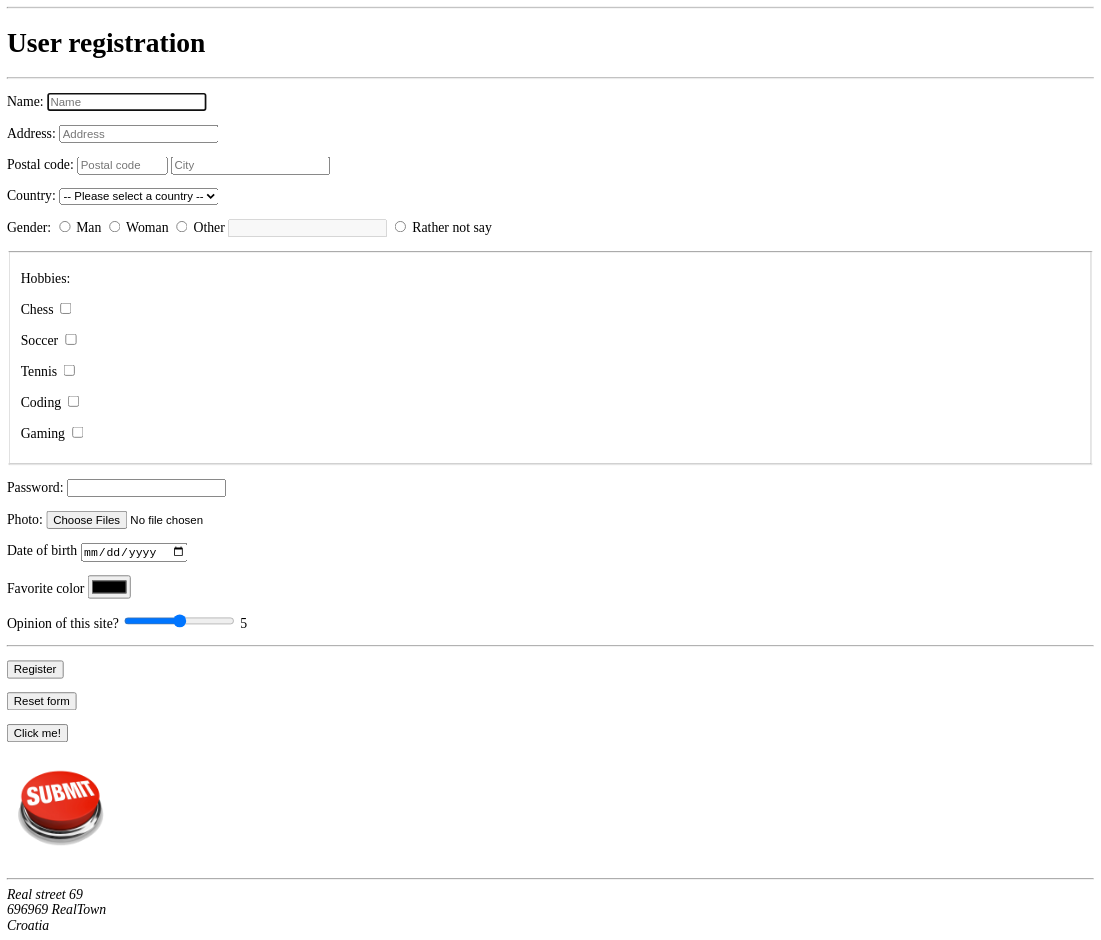
Repository: Filip-Husic/AW_frontend
Page: ex3Forms.html
These files come from the project's save history. The page is drawn as it stood at one moment and after the next save; the edit follows.
The browser window is 1280 px wide. The pictures show the whole page, at 86% of full size.

Above is the page before, as saved 2022-11-23 14:51:36.

### ex3Forms.html
<!DOCTYPE html>
<html lang="en">

<head>
    <meta charset="UTF-8">
    <meta http-equiv="X-UA-Compatible" content="IE=edge">
    <meta name="viewport" content="width=device-width, initial-scale=1.0">
    <title>HTML - Forms</title>
</head>

<body>
    <hr>
    <h1>User registration</h1>
    <hr>
    <form id="formRegister" action="process.php" enctype="multipart/form-data">
        <p>
            <label for="name">Name:</label>
            <input type="text" id="name" name="name" maxlength="80" placeholder="Name" required autofocus pattern="[A-Za-z ]{3,}">
        </p>
        <p>
            <label for="address">Address:</label>
            <input type="text" id="address" name="address" maxlength="80" placeholder="Address" required>
        </p>
        <p>
            <label for="pc">Postal code:</label>
            <input type="text" id="pc" name="pc" size="10" maxlength="10" placeholder="Postal code" required>
            <input type="text" id="pc_city" name="pc_city" size="20" maxlength="20" placeholder="City" required>
        </p>
        <p>
            <label for="country">Country:</label>
            <select name="country" id="country" required>
                <option value="">-- Please select a country --</option>
                <option value="hr">Croatia</option>
                <option value="pt">Portugal</option>
                <option value="sk">Slovakia</option>
                <option value="it">Italy</option>
            </select>
        </p>
        <p>
            Gender:
            <input type="radio" name="gender" id="man" value="M">
            <label for="man">Man</label>
            <input type="radio" name="gender" id="woman" value="F">
            <label for="woman">Woman</label>
            <input type="radio" name="gender" id="other" value="O">
            <label for="other">Other</label>
            <input type="text" name="gender" id="othergender" disabled>
            <input type="radio" name="gender" id="none" value="N">
            <label for="none">Rather not say</label>
        </p>
        <fieldset>
            <p>Hobbies:
            <p>
                <label for="chess">Chess</label>
                <input type="checkbox" name="hobbies" id="chess" value="chess">
            </p>
            <p>
                <label for="soccer">Soccer</label>
                <input type="checkbox" name="hobbies" id="soccer" value="soccer">
            </p>
            <p>
                <label for="tennis">Tennis</label>
                <input type="checkbox" name="hobbies" id="tennis" value="tennis">
            </p>
            <p>
                <label for="coding">Coding</label>
                <input type="checkbox" name="hobbies" id="coding" value="coding">
            </p>
            <p>
                <label for="gaming">Gaming</label>
                <input type="checkbox" name="hobbies" id="gaming" value="gaming">
            </p>
            </p>
        </fieldset>
        <p>
            <label for="password">Password:</label>
            <input type="password" id="password" name="password">
        </p>
        <p>
            <label for="photo">Photo:</label>
            <input type="file" name="photo" id="photo" multiple accept="image/png, image/jpeg">
        </p>
        <p>
            <label for="date_birth">Date of birth</label>
            <input type="date" name="date_birth" id="date_birth">
        </p>
        <p>
            <label for="color">Favorite color</label>
            <input type="color" name="color" id="color">
        </p>
        <p>
            <label for="opinion">Opinion of this site?</label>
            <input type="range" name="opinion" id="opinion" min="0" max="10" step="1" value="5" onchange="opinionValue.value=this.value">
            <output id="opinionValue">5</output>
        </p>

        <hr>
        <p>
            <button type="submit" id="btSubmit" name="btSubmit">Register</button>
        </p>
        <p>
            <input type="reset" id="btReset" name="btReset" value="Reset form"></input>
        </p>
        <p>
            <input type="button" id="btButton" name="btButton" value="Click me!"></input>
        </p>
        <p>
            <input type="image" src="img/submit.png" id="btImage" name="btImage" width="10%">
        </p>
        <hr>
    </form>
    <address>
        Real street 69 <br>
        696969 RealTown <br>
        Croatia <br>
    </address>
    <script>

        document.getElementById("other").onclick = function () {

            document.getElementById("othergender").disabled = false;

            document.getElementById("othergender").focus;

        }

        document.getElementById("man").onclick = function () {

            document.getElementById("othergender").disabled = true;

            document.getElementById("othergender").value = "";

        }

        document.getElementById("woman").onclick = function () {

            document.getElementById("othergender").disabled = true;

            document.getElementById("othergender").value = "";

        }

        document.getElementById("none").onclick = function () {

            document.getElementById("othergender").disabled = true;

            document.getElementById("othergender").value = "";

        }
        document.getElementById("btButton").onclick = function () {

            document.getElementById("formRegister").submit();
        }
    </script>
</body>

</html>

After the next save:
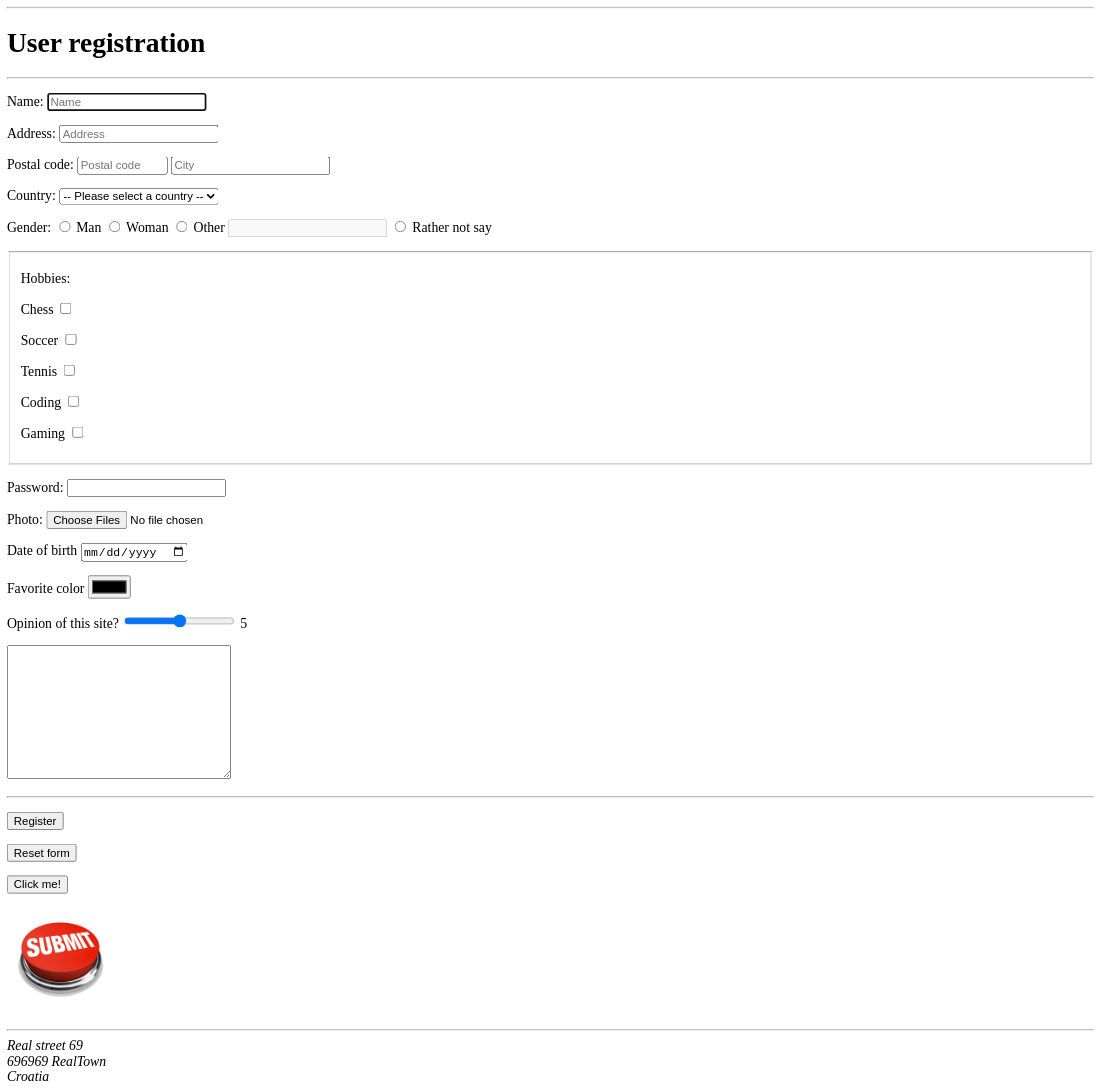
Saved 4 s later.
--- a/ex3Forms.html
+++ b/ex3Forms.html
@@ -93,7 +93,9 @@
             <input type="range" name="opinion" id="opinion" min="0" max="10" step="1" value="5" onchange="opinionValue.value=this.value">
             <output id="opinionValue">5</output>
         </p>
-
+        <p>
+            <textarea name="" id="" cols="30" rows="10"></textarea>
+        </p>
         <hr>
         <p>
             <button type="submit" id="btSubmit" name="btSubmit">Register</button>
